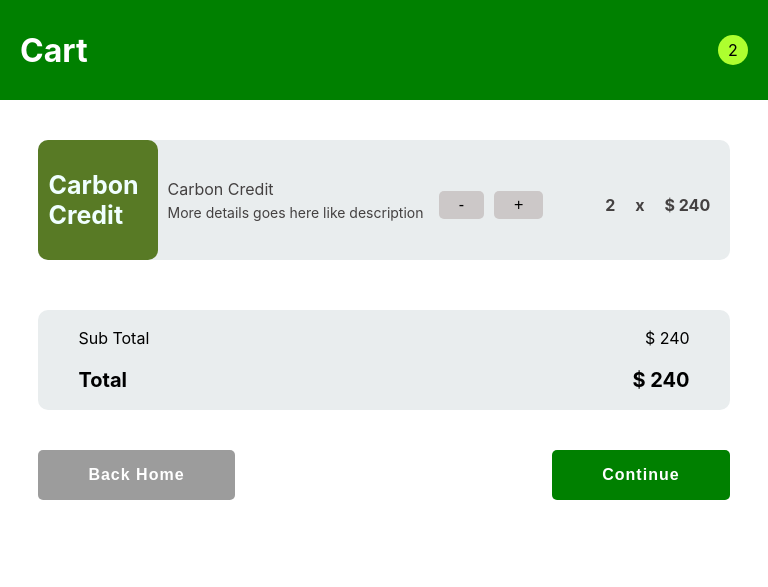
Repository: Yowani24/CarbonApp
Page: /cart
The author's editor kept a copy of each file at every save. The page is drawn from the files as they stood at one save, then again after the next save.
The browser window is 768 px wide. The pictures show the whole page.
The project was rebuilt for these pictures with package versions that can differ from the ones it lists, and the page was loaded fresh each time. The framework's server and built-in components were replaced by stand-ins that run in the browser. Also part of the build but not shown: next.config.js.

Above is the page before, as saved 2021-09-26 22:55:27.

### pages/_app.js
import '../styles/globals.css'
import Cart from './cart';

function MyApp({ Component, pageProps }) {
  return (
    <>
      <Component {...pageProps} />
    </>
  );
}

export default MyApp

### pages/cart/index.js
import React from 'react';
import Head from 'next/head'

import styles from './Cart.module.css'
import Link from 'next/link'

export default function Cart(props) {
    return (
        <>
          <Head>
              <title>Cart</title>
          </Head>
          <header>
              <div className={styles.interface}>
                    <div className={styles.header_content}>
                        <h1>Cart</h1>
                        <p>2</p>
                    </div>
              </div>
          </header>

          <section>
              <div className={styles.interface}>
                  <div className={styles.boxes}>
                      <div className={styles.content_box}>
                          <div className={styles.box}>
                              <h3>Carbon Credit</h3>
                          </div>

                          <div className={styles.product_details}>
                            <div className={styles.description}>
                                <p>Carbon Credit</p>
                                <p>More details goes here like description</p>
                            </div>

                            <div className={styles.details_wrapper}>
                                <div className={styles.quantity_controls}>
                                    <button>-</button>
                                    <button>+</button>
                                </div>

                                <div className={styles.current_money}>
                                    <p>2</p>
                                    <span>x</span>
                                    <p>$ 240</p>
                                </div>
                            </div>
                          </div>
                      </div>
                  </div>

                  <div className={styles.total_to_pay_box}>
                      <span>
                          <p>Sub Total</p>
                          <p>$ 240</p>
                      </span>
                      <span>
                          <p>Total</p>
                          <p>$ 240</p>
                      </span>
                  </div>

                  <div className={styles.button_box}>
                      <Link href="/"><button>Back Home</button></Link>
                      <button>Continue</button>
                  </div>
              </div>
          </section>
        </>
    )
}

### styles/globals.css
html,
body {
  padding: 0;
  margin: 0;
  font-family: -apple-system, BlinkMacSystemFont, Segoe UI, Roboto, Oxygen,
    Ubuntu, Cantarell, Fira Sans, Droid Sans, Helvetica Neue, sans-serif;
}

a {
  color: inherit;
  text-decoration: none;
}

* {
  margin: 0;
  box-sizing: border-box;
}

### pages/cart/Cart.module.css
.interface{
    width: 80%;
    margin: 0 auto;
}

@media (max-width: 780px){
    .interface{
        width: 100%;
    }
}

/* =================HEADER================ */

.header_content{
    display: flex;
    justify-content: space-between;
    align-items: center;
    height: 100px;
    padding: 0 20px;
    background: green;
}
.header_content h1{
    color: #FFFFFF;
}
.header_content p{
    background: greenyellow;
    display: flex;
    justify-content: center;
    align-items:center;
    width: 30px;
    height: 30px;
    border-radius: 100%;
}


/* ============================== */
.boxes{
    margin-top: 40px;
}
.content_box{
    width: 100%;
    height: 120px;
    background:rgb(233, 237, 238);
    border-radius: 10px;

    display: flex;
    align-items:center;
}
.box{
    width: 120px;
    background: rgb(88, 122, 37);
    height: 100%;
    border-radius: 10px;

    display: flex;
    justify-content: center;
    align-items: center;
}
.box h3{
    font-size: 25px;
    width: 100px;
    color: azure;
}
.product_details{
    display: flex;
    justify-content: space-between;
    align-items: center;
    width: 80%;
    margin: 0 auto;
    color: hsl(0, 2%, 26%);
}
.description p:nth-child(2){
    margin-top: 5px;
    font-size: 14px;
}
.details_wrapper{
    width: 60%;

    display: flex;
    align-items: center;
    justify-content: space-between;
}
.quantity_controls button{
    border: none;
    padding: 5px 20px;
    margin: 0 5px;
    border-radius: 5px;
    font-size: 16px;
    background: rgb(204, 200, 200);
    cursor: pointer;
}
.quantity_controls button:active{
    background: rgb(148, 146, 146);
}
.current_money{
    display: flex;
    font-size: 16px;
    font-weight: bold;
}
.current_money span{
    padding: 0 20px;
}

@media (max-width: 415px){
    .content_box{
        height: 80px;
        width: 90%;
        margin: 0 auto;
    }
    .box{
        width: 80px;
    }
    .box h3{
        font-size: 16px;
        width: 60px;
        color: azure;
    }

    .product_details{
        justify-content: center;
        flex-direction: column;
        width: 60%;
    }
    .description{
        width: 100%;
    }
    .description p:first-child{
        font-size: 14px;
    }
    .description p:nth-child(2){
        margin-top: 2px;
        font-size: 9px;
    }
    .details_wrapper{
        width: 100%;
        margin-top: 10px;
    }
    .quantity_controls button{
        padding: 5px 10px;
    }
    .current_money span{
        padding: 0 5px;
    }
}
@media (max-width: 780px){
    .content_box{
        height: 120px;
        width: 90%;
        margin: 0 auto;
    }
}

/* ==================================== */

.total_to_pay_box{
    width: 100%;
    height: 100px;
    background:rgb(233, 237, 238);
    border-radius: 10px;

    display: flex;
    flex-direction: column;
    justify-content: center;
    margin-top: 50px;
    padding: 0 40px;
}

.total_to_pay_box span{
    display: flex;
    justify-content: space-between;
    margin: 10px 0;
}
.total_to_pay_box span:nth-child(2){
    font-weight: bold;
    font-size: 20px;
}

@media (max-width: 415px){
    .total_to_pay_box{
        height: 80px;
    }
    .total_to_pay_box span{
        margin: 5px 0;
    }
    .total_to_pay_box span:first-child{
        font-size: 14px;
    }
    .total_to_pay_box span:nth-child(2){
        font-size: 16px;
    }
}
@media (max-width: 780px){
    .total_to_pay_box{
        height: 100px;
        width: 90%;
        margin: 0 auto;
        margin-top: 50px;
    }
    .details_wrapper{
        width: 50%;
        margin: 0 auto;
        margin-top: 10px;
    }
}


/* ===================================== */


.button_box{
    display: flex;
    justify-content: space-between;
    margin-top: 100px;
}
.button_box button:first-child{
    background: rgb(156, 156, 156);
}
.button_box button:first-child:hover{
    background: rgb(122, 120, 120);
}
.button_box button:first-child:active{
    background: rgb(187, 184, 184);
}
.button_box button{
    border: none;
    background: green;
    padding: 10px 40px;
    font-size: 16px;
    color: #FFFFFF;
    letter-spacing: 1px;
    border-radius: 5px;
    cursor: pointer;
    transition: .1s;
    font-weight: bold;
}
.button_box button:nth-child(2):hover{
    background: rgb(1, 92, 1);
}
.button_box button:nth-child(2):active{
    background: rgb(13, 131, 13);
}

@media (max-width: 415px){
    .button_box button{
        padding: 10px 25px;
        font-size: 14px;
    }
}
@media (max-width: 780px){
    .button_box{
        width: 90%;
        margin: 0 auto;
        margin-top: 40px;
    }
    .button_box button{
        padding: 16px 50px;
        font-size: 16px;
    }
}

Loaded but not shown: pages/api/hello.js (common file)

After the next save:
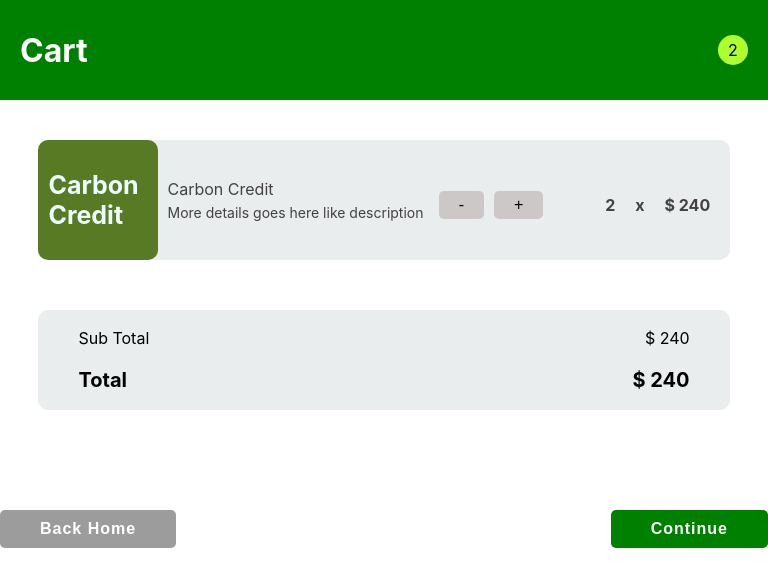
Saved 3 min 54 s later.
--- a/pages/cart/Cart.module.css
+++ b/pages/cart/Cart.module.css
@@ -246,7 +246,7 @@
         font-size: 14px;
     }
 }
-@media (max-width: 780px){
+/* @media (max-width: 780px){
     .button_box{
         width: 90%;
         margin: 0 auto;
@@ -256,4 +256,4 @@
         padding: 16px 50px;
         font-size: 16px;
     }
-}
+} */

After the save that followed:
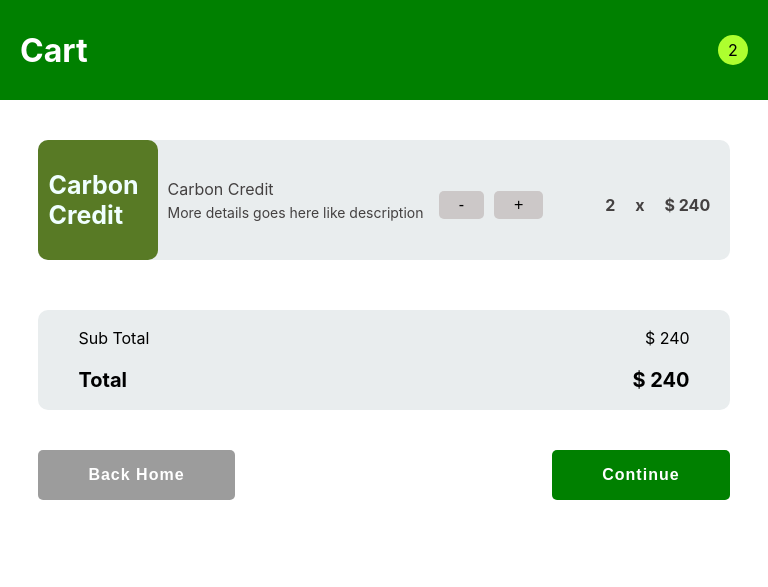
Saved 5 s later.
--- a/pages/cart/Cart.module.css
+++ b/pages/cart/Cart.module.css
@@ -246,7 +246,7 @@
         font-size: 14px;
     }
 }
-/* @media (max-width: 780px){
+@media (max-width: 780px){
     .button_box{
         width: 90%;
         margin: 0 auto;
@@ -256,4 +256,4 @@
         padding: 16px 50px;
         font-size: 16px;
     }
-} */
+}
